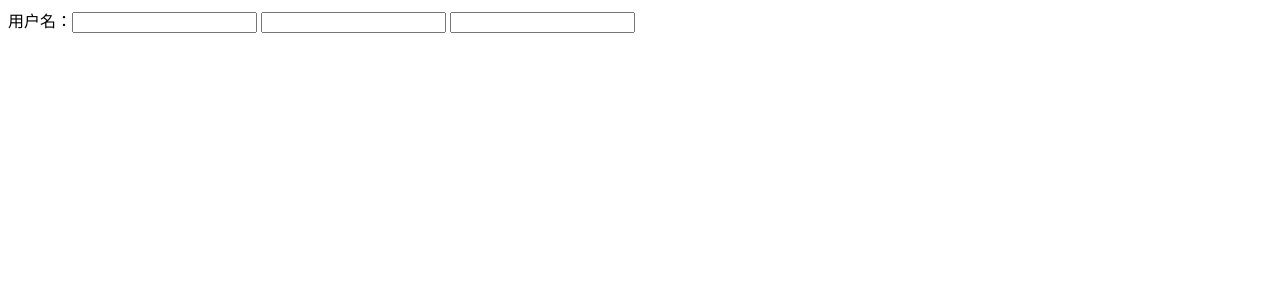
Repository: Research11/materials
Page: http://localhost/SSHDemo/
The author's editor kept a copy of each file at every save. The page is drawn from the files as they stood at one save, then again after the next save.
The browser window is 1280 px wide. The pictures show the whole page.
The page is served by Tomcat 9.

Above is the page before, as saved 2016-05-23 08:42:42.

After the next save:
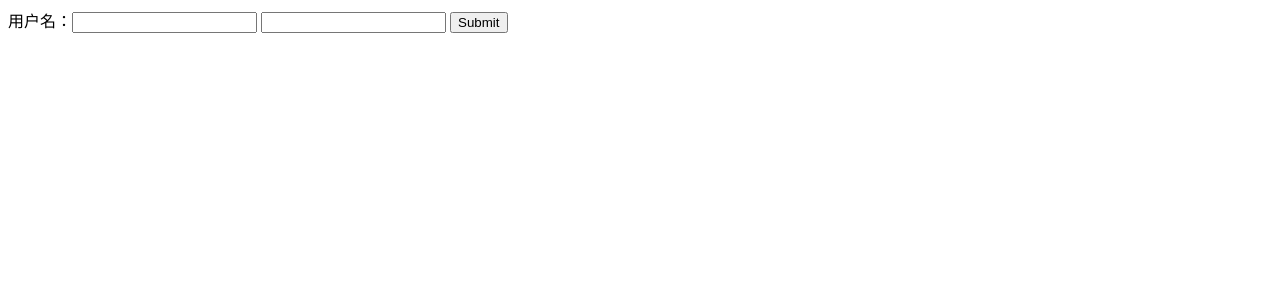
Saved 6 s later.
--- a/practice/SSHDemo/WebContent/login.jsp
+++ b/practice/SSHDemo/WebContent/login.jsp
@@ -10,7 +10,7 @@
 <form action="" method="post">
 	用户名：<input type="text" name=""/>
 	<input type="password" name=""/>
-	<input type="" name=""/>
+	<input type="submit" name=""/>
 
 </form>
 </body>
